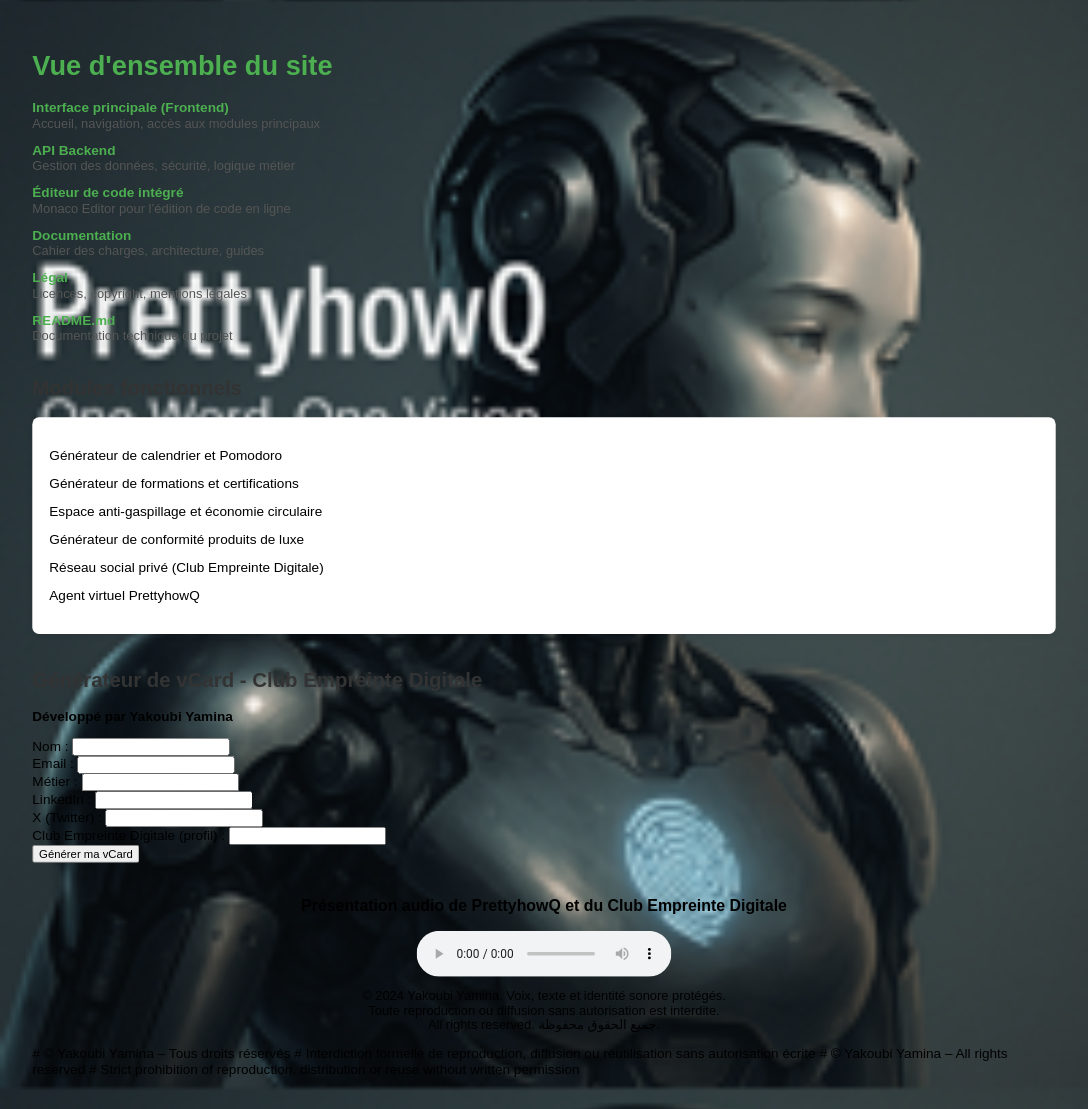
Repository: PrettyhowQ/yakoubi_yamina_CED
Page: <!DOCTYPE html>.html
An editor plug-in stored every save of this project. The page is shown before and after the next save, followed by the edit.
The browser window is 1280 px wide. The pictures show the whole page, at 85% of full size.
Backgrounds fixed to the window are drawn as part of the page.

Above is the page before, as saved 2025-05-19 04:43:40.

After the next save:
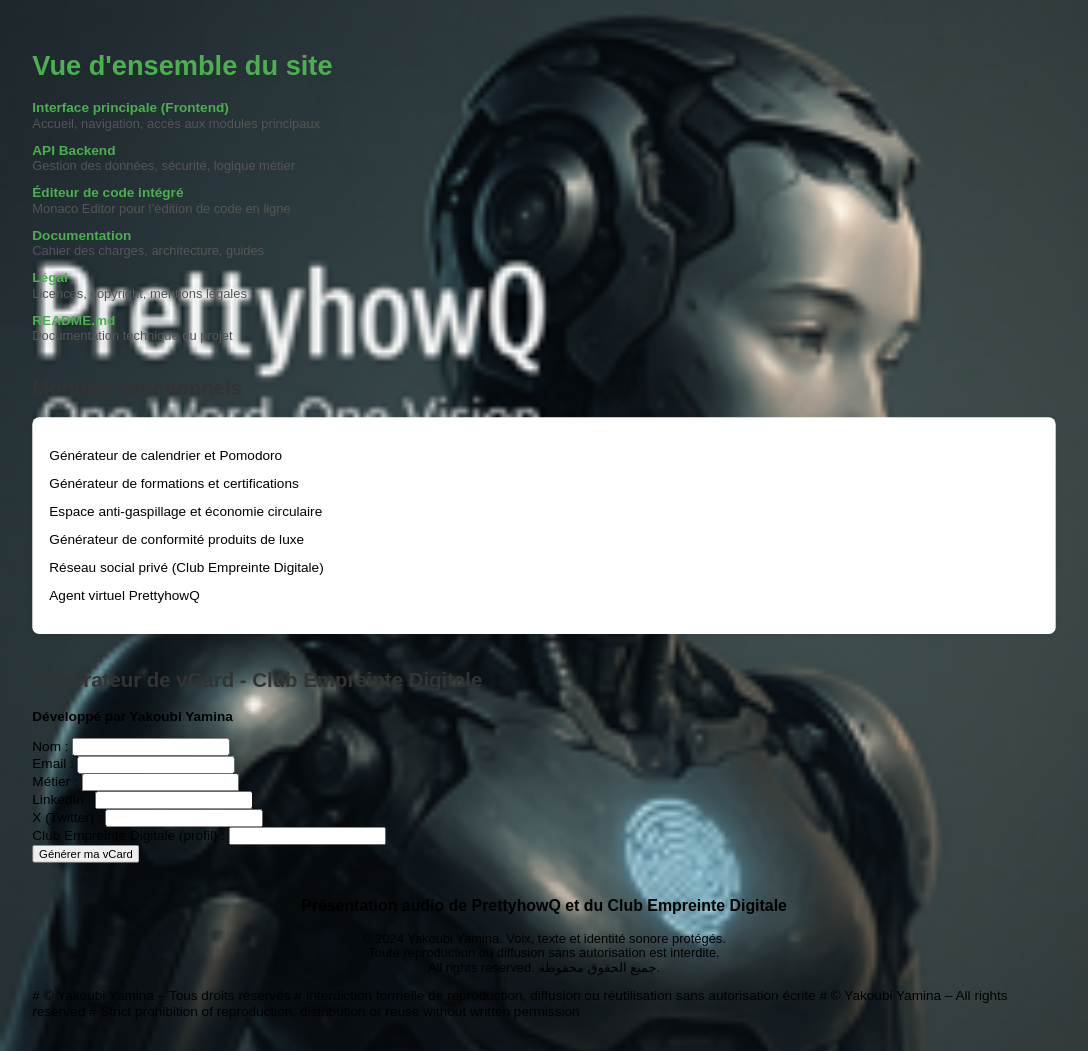
Saved 2 days later.
--- a/<!DOCTYPE html>.html
+++ b/<!DOCTYPE html>.html
@@ -1,4 +1,3 @@
-
 <!DOCTYPE html>
 <html lang="fr">
 <head>
@@ -72,10 +71,7 @@
   </form>
   <section style="text-align:center; margin-top:40px;">
     <h3>Présentation audio de PrettyhowQ et du Club Empreinte Digitale</h3>
-    <audio controls>
-      <source src="/static/presentation_prettyhowq.mp3" type="audio/mpeg">
-      Votre navigateur ne supporte pas la lecture audio.
-    </audio>
+    <audio id="voice" src="static/presentation_prettyhowq.mp3"></audio>
     <p style="margin-top:10px; font-size:0.95em;">
       © 2024 Yakoubi Yamina. Voix, texte et identité sonore protégés.<br>
       Toute reproduction ou diffusion sans autorisation est interdite.<br>
